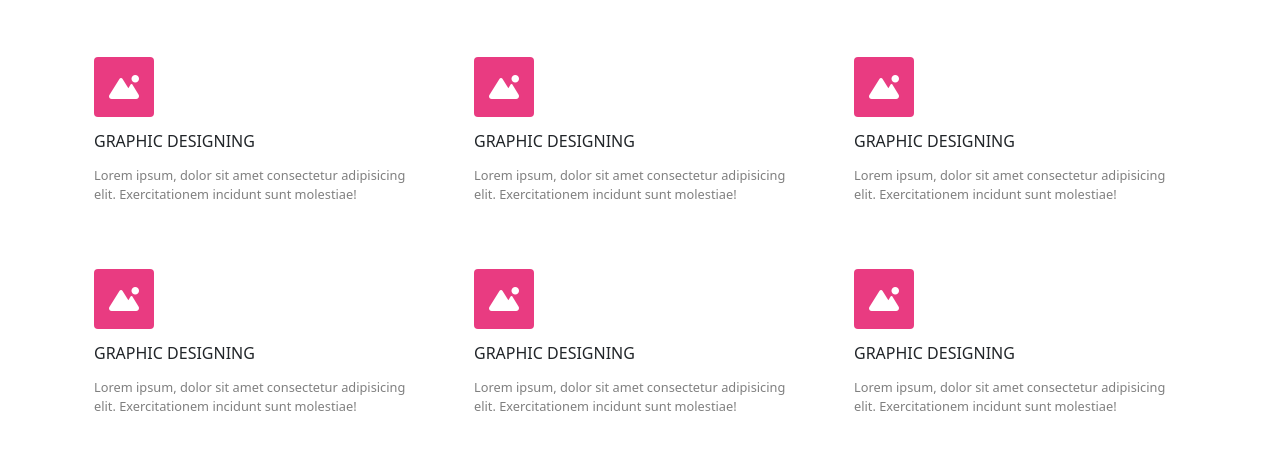
Repository: lhggiang/CaseStudy
Page: index.html
These files come from the project's save history. The page is drawn as it stood at one moment and after the next save; the edit follows.
The browser window is 1280 px wide. The pictures show the part of the page from y = 941 to 1893 px (the page is 1397 px tall before and 1893 px after).
Backgrounds fixed to the window are drawn as part of the page. Some web libraries are served in a nearby version. The style sheet was rebuilt from its Sass, Less or Tailwind sources for each picture, by a compiler version that may differ from the author's.

Above is the page before, as saved 2023-02-22 15:21:18.

### index.html
<!DOCTYPE html>
<html lang="en">

<head>
    <meta charset="UTF-8">
    <meta http-equiv="X-UA-Compatible" content="IE=edge">
    <meta name="viewport" content="width=device-width, initial-scale=1.0">
    <title>Document</title>
    <link rel="stylesheet" href="./style.css">
    <!-- git remote add origin https://github.com/lhggiang/CaseStudy.git -->
    <link href="https://cdn.jsdelivr.net/npm/bootstrap@5.3.0-alpha1/dist/css/bootstrap.min.css" rel="stylesheet"
        integrity="sha384-GLhlTQ8iRABdZLl6O3oVMWSktQOp6b7In1Zl3/Jr59b6EGGoI1aFkw7cmDA6j6gD" crossorigin="anonymous">
    <link rel="stylesheet" href="https://cdnjs.cloudflare.com/ajax/libs/font-awesome/6.3.0/css/all.min.css">
    <link rel="stylesheet" href="./assets/css/style.css">
</head>

<body>
    <!-- Navbar -->
    <nav class="navbar navbar-expand-lg bg-white">
        <div class="container">
            <a class="navbar-brand" href="#">HG.Travel</a>
            <button class="navbar-toggler" type="button" data-bs-toggle="collapse" data-bs-target="#navbarNav"
                aria-controls="navbarNav" aria-expanded="false" aria-label="Toggle navigation">
                <span class="navbar-toggler-icon"></span>
            </button>
            <div class="collapse navbar-collapse" id="navbarNav">
                <ul class="navbar-nav ms-auto">
                    <li class="nav-item">
                        <a class="nav-link active" aria-current="page" href="#">HOME</a>
                    </li>
                    <li class="nav-item">
                        <a class="nav-link" href="#">SERVICES</a>
                    </li>
                    <li class="nav-item">
                        <a class="nav-link" href="#">PORTFOLIO</a>
                    </li>
                    <li class="nav-item">
                        <a class="nav-link" href="#">FEATURES</a>
                    </li>
                    <li class="nav-item">
                        <a class="nav-link" href="#">TEAM</a>
                    </li>
                    <li class="nav-item">
                        <a class="nav-link" href="#">TESTIMONIALS</a>
                    </li>
                    <li class="nav-item">
                        <a class="nav-link" href="#">CONTACT</a>
                    </li>
                </ul>
            </div>
        </div>
    </nav>
    <!-- Hero -->
    <div class="hero">
        <div class="container text-center">
            <div class="row justify-content-center">
                <div class="col-md-10">
                    <h1 class="text-white display-3">WE ARE CREATIVE AGENCY, CREATIVE PEOPLE</h1>
                    <p class="text-white">Lorem ipsum dolor sit amet consectetur, adipisicing elit. Expedita, soluta
                        fugit
                        voluptatibus veritatis voluptas dolores eligendi ducimus enim blanditiis cupiditate.</p>
                    <a href="#" class="btn btn-danger">Contact</a>
                </div>
            </div>
        </div>
    </div>
    <!-- Services -->
    <div class="services">
        <div class="container">
            <div class="row">
                <div class="col-12 services__intro">
                    <h1>Our Services</h1>
                    <div class="services__line"></div>
                </div>
            </div>
            <div class="row services__components">
                <div class="col-lg-4 col-sm-6 p-4">
                    <div class="services__icon">
                        <i class="fa-solid fa-mountain-sun"></i>
                    </div>
                    <h4 class="services__title">GRAPHIC DESIGNING</h4>
                    <p class="services__content">Lorem ipsum, dolor sit amet consectetur adipisicing elit.
                        Exercitationem incidunt sunt molestiae!
                    </p>
                </div>
                <div class="col-lg-4 col-sm-6 p-4">
                    <div class="services__icon">
                        <i class="fa-solid fa-mountain-sun"></i>
                    </div>
                    <h4 class="services__title">GRAPHIC DESIGNING</h4>
                    <p class="services__content">Lorem ipsum, dolor sit amet consectetur adipisicing elit.
                        Exercitationem incidunt sunt molestiae!
                    </p>
                </div>
                <div class="col-lg-4 col-sm-6 p-4">
                    <div class="services__icon">
                        <i class="fa-solid fa-mountain-sun"></i>
                    </div>
                    <h4 class="services__title">GRAPHIC DESIGNING</h4>
                    <p class="services__content">Lorem ipsum, dolor sit amet consectetur adipisicing elit.
                        Exercitationem incidunt sunt molestiae!
                    </p>
                </div>
                <div class="col-lg-4 col-sm-6 p-4">
                    <div class="services__icon">
                        <i class="fa-solid fa-mountain-sun"></i>
                    </div>
                    <h4 class="services__title">GRAPHIC DESIGNING</h4>
                    <p class="services__content">Lorem ipsum, dolor sit amet consectetur adipisicing elit.
                        Exercitationem incidunt sunt molestiae!
                    </p>
                </div>
                <div class="col-lg-4 col-sm-6 p-4">
                    <div class="services__icon">
                        <i class="fa-solid fa-mountain-sun"></i>
                    </div>
                    <h4 class="services__title">GRAPHIC DESIGNING</h4>
                    <p class="services__content">Lorem ipsum, dolor sit amet consectetur adipisicing elit.
                        Exercitationem incidunt sunt molestiae!
                    </p>
                </div>
                <div class="col-lg-4 col-sm-6 p-4">
                    <div class="services__icon">
                        <i class="fa-solid fa-mountain-sun"></i>
                    </div>
                    <h4 class="services__title">GRAPHIC DESIGNING</h4>
                    <p class="services__content">Lorem ipsum, dolor sit amet consectetur adipisicing elit.
                        Exercitationem incidunt sunt molestiae!
                    </p>
                </div>
            </div>
        </div>
    </div>
    <!-- Portfolio -->
    <div class="container">
        <div class="portfolio row"></div>
    </div>
</body>
<script src="https://cdn.jsdelivr.net/npm/bootstrap@5.3.0-alpha1/dist/js/bootstrap.bundle.min.js"
    integrity="sha384-w76AqPfDkMBDXo30jS1Sgez6pr3x5MlQ1ZAGC+nuZB+EYdgRZgiwxhTBTkF7CXvN"
    crossorigin="anonymous"></script>

</html>

### style.scss
* {
  box-sizing: border-box;
}

body {
  font-size: 62.5%;
}

$font-size: 0.9rem;
$color-pink: #e93b81;
$font-weight: 500;

// Navbar
.navbar {
  border-bottom: 2px solid rgba(0, 0, 0, 0.1);
  .navbar-brand {
    font-weight: $font-weight;
    color: #11245a;
  }
  .nav-link {
    font-size: $font-size;
    font-weight: $font-weight;
    letter-spacing: 0.05rem;
    &.active {
      color: $color-pink;
    }
  }
}

//Hero
.hero {
  background-image: linear-gradient(
      to right,
      rgb(67, 67, 67, 0.8) 0%,
      rgb(0, 0, 0, 0.8) 100%
    ),
    url("https://images.unsplash.com/photo-1539635278303-d4002c07eae3?ixlib=rb-4.0.3&ixid=MnwxMjA3fDB8MHxwaG90by1wYWdlfHx8fGVufDB8fHx8&auto=format&fit=crop&w=1170&q=80");
  min-height: 100vh;
  background-size: cover;
  background-position: center;
  background-attachment: fixed;
  display: flex;
  align-items: center;

  h1 {
    font-weight: $font-weight;
  }

  p {
    font-size: $font-size;
    max-width: 30rem;
    margin: 20px auto;
  }

  .btn {
    font-weight: $font-weight;
    font-size: $font-size;
    padding: 8px 22px;
    border-radius: 0;
  }
}

//Services
.services {
  &__intro {
    text-align: center;
    margin-top: 80px;
    h1 {
      color: #11245a;
      text-transform: uppercase;
      font-weight: 600;
      letter-spacing: 3px;
    }
    .services__line {
      width: 120px;
      height: 2px;
      background-color: rgba(0, 0, 0, 0.1);
      margin: 16px auto 0 auto;
    }
  }
  &__icon {
    width: 60px;
    height: 60px;
    background-color: $color-pink;
    color: #fff;
    border-radius: 4px;
    display: flex;
    align-items: center;
    justify-content: center;
    font-size: 1.5rem;
    flex: none;
  }
  &__title {
    font-size: 1rem;
    margin: 15px 0;
  }
  &__content {
    font-size: 0.8rem;
    color: rgba(0, 0, 0, 0.5);
  }
  &__components {
    margin-top: 50px;
  }
}

After the next save:
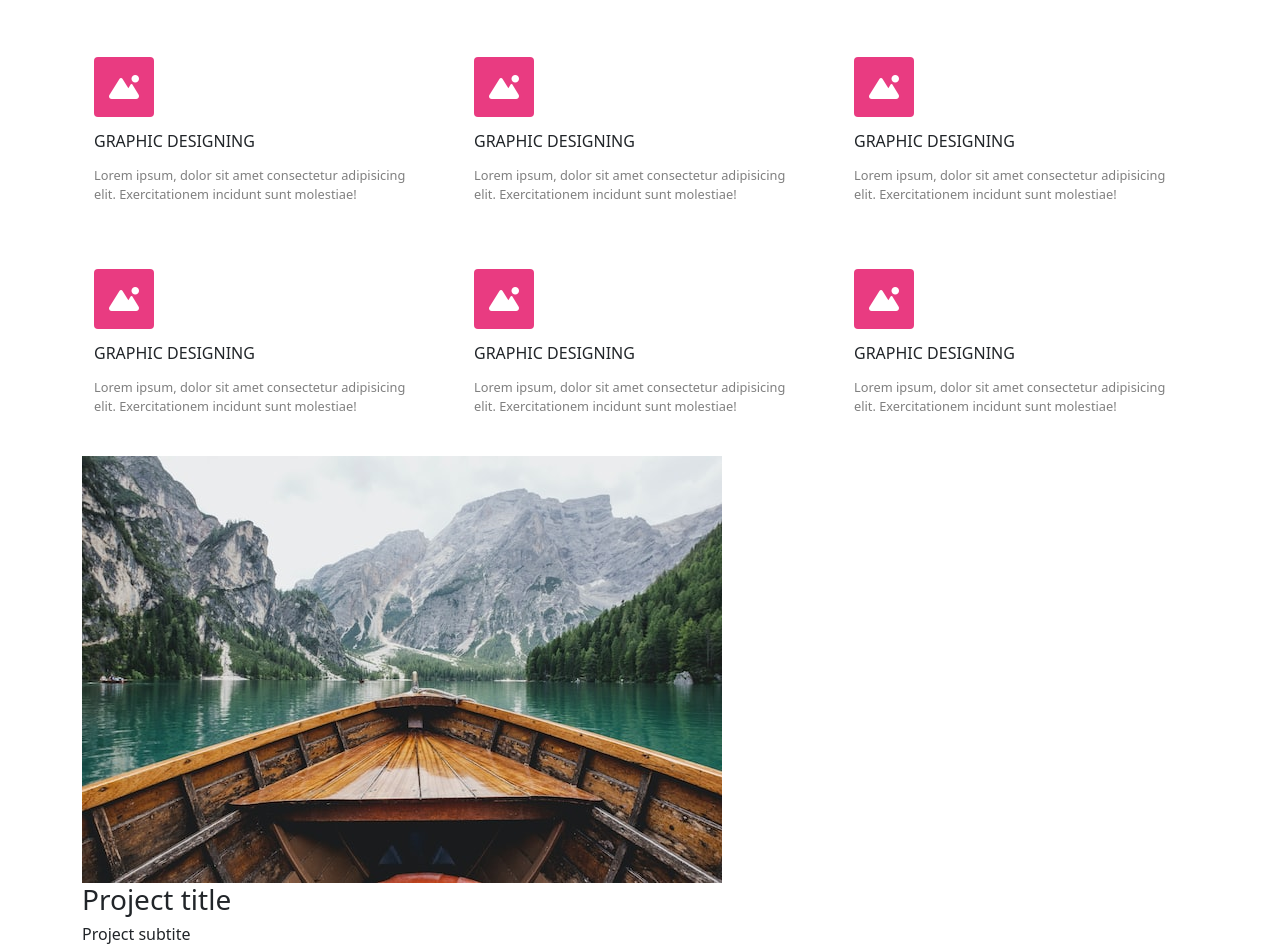
Saved 7 s later.
--- a/index.html
+++ b/index.html
@@ -133,8 +133,19 @@
     </div>
     <!-- Portfolio -->
     <div class="container">
-        <div class="portfolio row"></div>
-    </div>
+        <div class="portfolio row">
+            <div class="col-lg-4 col-sm-6">
+                <div class="portfolio-item">
+                    <img src="img/p1.jpg" alt="">
+                    <div class="portfolio-overlay">
+                        <div>
+                            <h3>Project title</h3>
+                            <h6>Project subtite</h6>
+                        </div>
+                    </div>
+                </div>
+            </div>
+        </div>
 </body>
 <script src="https://cdn.jsdelivr.net/npm/bootstrap@5.3.0-alpha1/dist/js/bootstrap.bundle.min.js"
     integrity="sha384-w76AqPfDkMBDXo30jS1Sgez6pr3x5MlQ1ZAGC+nuZB+EYdgRZgiwxhTBTkF7CXvN"
